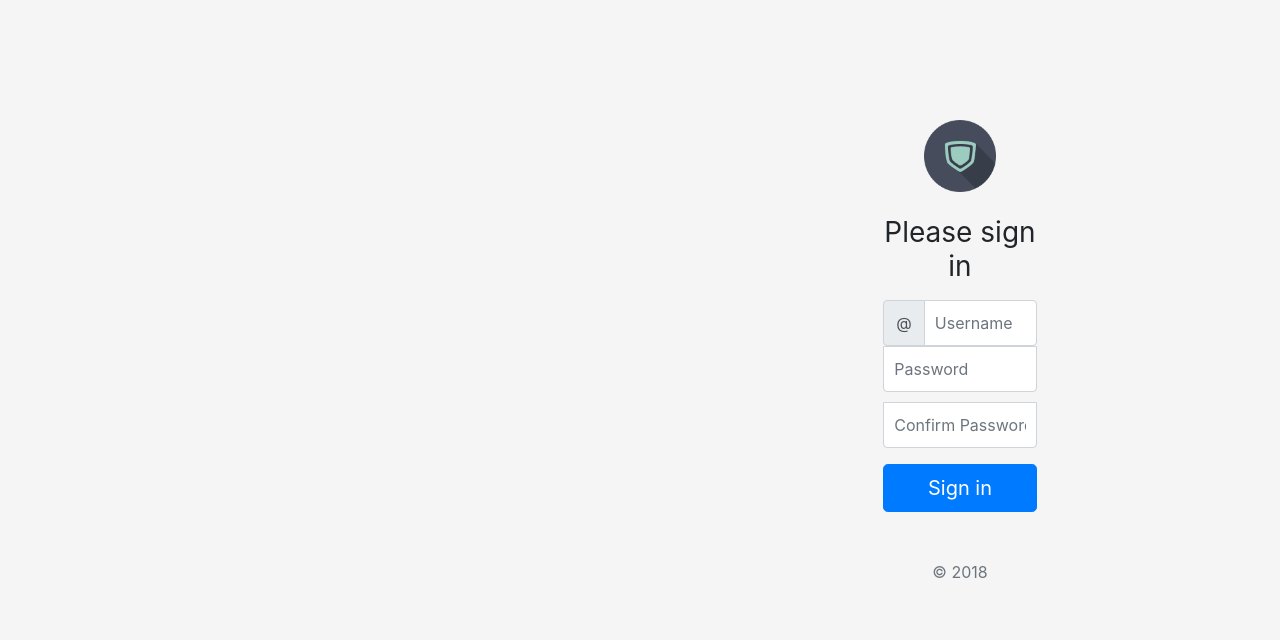
Repository: DonWhelan/Request-Hub
Page: http://localhost/userRegister.php
The author's editor kept a record of every edit. The page is drawn from the files as they stood at one moment, then again after the next edit.
The browser window is 1280 px wide. The pictures show the whole page.
The page is run by PHP 8.4 with error messages shown; the project is at /var/www/html/.

Above is the page before.

### userRegister.php
<!doctype html>
<html lang="en">

<head>
    <meta charset="utf-8">
    <meta name="viewport" content="width=device-width, initial-scale=1, shrink-to-fit=no">
    <meta name="description" content="">
    <meta name="author" content="">

    <title>Signin Template for Bootstrap</title>

    <!-- Bootstrap core CSS -->
    <link href="../style/bootstrap-4.0.0-dist/css/bootstrap.min.css" rel="stylesheet">

    <!-- Custom styles for this template -->
    <link href="signin.css" rel="stylesheet">
</head>

<body class="text-center">
    <div class="container">
        <div class="row">
            <div class="col-sm-12" style="height:130px">
            </div>
        </div>
    </div>

    <div class="container">
        <div class="row">
            <div class="col-sm-4">
            </div>
            <div class="col-sm-4">
                <form action="newUser.php" method="post" name="Login_Form" class="form-signin">
                    <img class="mb-4" src="assets/img/icons/services-1.png" alt="" width="72" height="72">
                    <h1 class="h3 mb-3 font-weight-normal">Please sign in</h1>
                    <label for="inputEmail" class="sr-only">Email address</label>



      <div class="input-group">
        <div class="input-group-prepend">
          <span class="input-group-text" id="inputGroupPrepend">@</span>
        </div>
        <input type="text" class="form-control" id="validationCustomUsername" placeholder="Username" name="username" aria-describedby="inputGroupPrepend" required>

      </div>


                    <!--<input type="text" class="form-control" name="username" placeholder="Username" required="" autofocus="" />-->


                    <label for="inputPassword" class="sr-only">Password</label>
                    <input type="password" class="form-control" name="password" placeholder="Password" required="" />
                    <input type="password" class="form-control" name="passwordmatch" placeholder="Confirm Password" required="" />
                    <div class="checkbox mb-3">
                    </div>
                    <button class="btn btn-lg btn-primary btn-block" type="submit" value="Login">Sign in</button>
                    <p class="mt-5 mb-3 text-muted">&copy; 2018</p>
                </form>
            </div>
        </div>
    </div>

</body>

</html>

### assets/css/signIn.css
html,
body {
  height: 100%;
}

body {
  display: -ms-flexbox;
  display: -webkit-box;
  display: flex;
  -ms-flex-align: center;
  -ms-flex-pack: center;
  -webkit-box-align: center;
  align-items: center;
  -webkit-box-pack: center;
  justify-content: center;
  padding-top: 40px;
  padding-bottom: 40px;
  background-color: #f5f5f5;
}

.form-signin {
  width: 100%;
  max-width: 330px;
  padding: 15px;
  margin: 0 auto;
}
.form-signin .checkbox {
  font-weight: 400;
}
.form-signin .form-control {
  position: relative;
  box-sizing: border-box;
  height: auto;
  padding: 10px;
  font-size: 16px;
}
.form-signin .form-control:focus {
  z-index: 2;
}
.form-signin input[type="email"] {
  margin-bottom: -1px;
  border-bottom-right-radius: 0;
  border-bottom-left-radius: 0;
}
.form-signin input[type="password"] {
  margin-bottom: 10px;
  border-top-left-radius: 0;
  border-top-right-radius: 0;
}

Loaded but not shown: style/bootstrap-4.0.0-dist/css/bootstrap.min.css (library)

After the next edit:
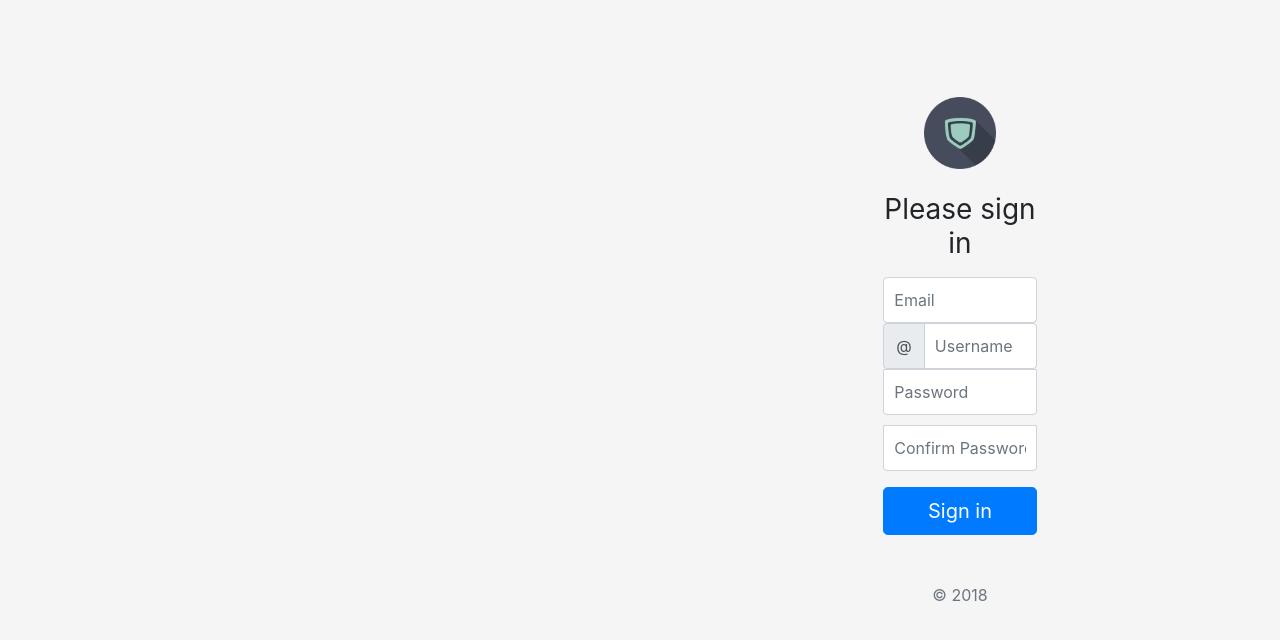
The edit:
--- a/userRegister.php
+++ b/userRegister.php
@@ -33,7 +33,7 @@
                     <img class="mb-4" src="assets/img/icons/services-1.png" alt="" width="72" height="72">
                     <h1 class="h3 mb-3 font-weight-normal">Please sign in</h1>
                     <label for="inputEmail" class="sr-only">Email address</label>
-
+                    <input type="text" class="form-control" name="email" placeholder="Email" required="" />
 
 
       <div class="input-group">
